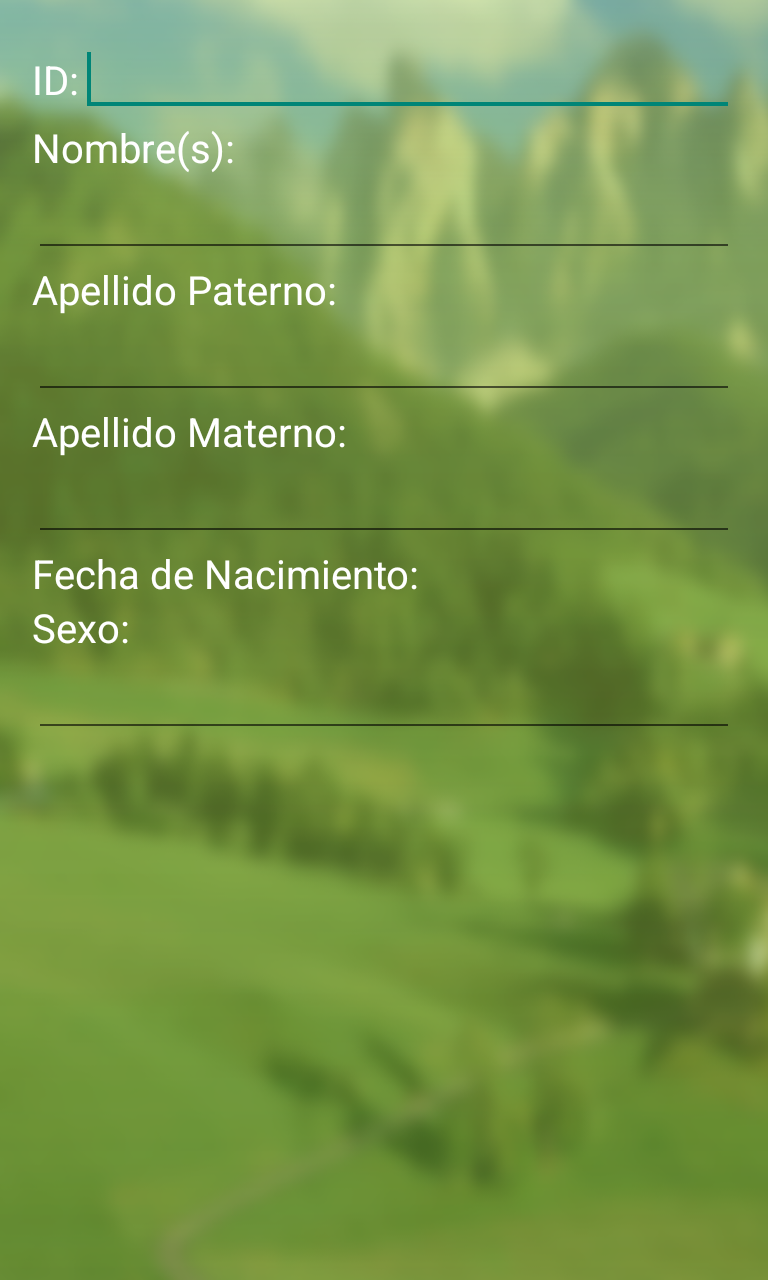
Repository: AntonioloNeviani/ProyectoDeInvestigacion_Android
Layout: FiliiStude/res/layout/activity_nuevo_usuario.xml
An editor plug-in stored every save of this project. The layout is shown before and after the next save, followed by the edit.
It is drawn on a 768 x 1280 px phone screen (xhdpi) without system bars, with theme AppTheme; the app's code is not run.

Above is the layout before, as saved 2015-05-26 08:27:05.

### FiliiStude/res/layout/activity_nuevo_usuario.xml
<RelativeLayout xmlns:android="http://schemas.android.com/apk/res/android"
    xmlns:tools="http://schemas.android.com/tools"
    android:layout_width="match_parent"
    android:layout_height="match_parent"
    android:background="@drawable/fondo4"
    android:paddingBottom="@dimen/activity_vertical_margin"
    android:paddingLeft="@dimen/activity_horizontal_margin"
    android:paddingRight="@dimen/activity_horizontal_margin"
    android:paddingTop="@dimen/activity_vertical_margin"
    tools:context="com.filii.filiistude.NuevoUsuario" >

    <LinearLayout
        android:layout_width="wrap_content"
        android:layout_height="wrap_content"
        android:layout_alignParentLeft="true"
        android:layout_alignParentRight="true"
        android:orientation="vertical" >

        <LinearLayout
            android:layout_width="match_parent"
            android:layout_height="wrap_content" >

            <TextView
                android:id="@+id/textView2"
                android:layout_width="wrap_content"
                android:layout_height="wrap_content"
                android:text="ID:"
                android:textColor="#FFFFFF"
                android:textSize="20sp" />

            <EditText
                android:id="@+id/editText1"
                android:layout_width="wrap_content"
                android:layout_height="wrap_content"
                android:layout_weight="1"
                android:inputType="number"
                android:textColor="#FFFFFF"
                android:textSize="20sp" >

                <requestFocus />
            </EditText>
        </LinearLayout>

        <TextView
            android:id="@+id/textView1"
            android:layout_width="wrap_content"
            android:layout_height="wrap_content"
            android:text="Nombre(s): "
            android:textColor="#FFFFFF"
            android:textSize="20sp" />

        <EditText
            android:id="@+id/editText2"
            android:layout_width="match_parent"
            android:layout_height="wrap_content"
            android:ems="10"
            android:inputType="textPersonName"
            android:textColor="#FFFFFF"
            android:textSize="20sp" />

        <TextView
            android:id="@+id/textView3"
            android:layout_width="wrap_content"
            android:layout_height="wrap_content"
            android:text="Apellido Paterno: "
            android:textColor="#FFFFFF"
            android:textSize="20sp" />

        <EditText
            android:id="@+id/editText3"
            android:layout_width="match_parent"
            android:layout_height="wrap_content"
            android:ems="10"
            android:inputType="textPersonName"
            android:textColor="#FFFFFF"
            android:textSize="20sp" />

        <TextView
            android:id="@+id/textView4"
            android:layout_width="wrap_content"
            android:layout_height="wrap_content"
            android:text="Apellido Materno: "
            android:textColor="#FFFFFF"
            android:textSize="20sp" />

        <EditText
            android:id="@+id/editText4"
            android:layout_width="match_parent"
            android:layout_height="wrap_content"
            android:ems="10"
            android:inputType="textPersonName"
            android:textColor="#FFFFFF"
            android:textSize="20sp" />

        <TextView
            android:id="@+id/textView6"
            android:layout_width="wrap_content"
            android:layout_height="wrap_content"
            android:text="Fecha de Nacimiento: "
            android:textColor="#FFFFFF"
            android:textSize="20sp" />

        <TextView
            android:id="@+id/textView5"
            android:layout_width="wrap_content"
            android:layout_height="wrap_content"
            android:text="Sexo: "
            android:textColor="#FFFFFF"
            android:textSize="20sp" />

        <EditText
            android:id="@+id/editText5"
            android:layout_width="match_parent"
            android:layout_height="wrap_content"
            android:ems="10"
            android:inputType="textPersonName"
            android:textColor="#FFFFFF"
            android:textSize="20sp" />
    </LinearLayout>

</RelativeLayout>

Loaded but not shown: FiliiStude/res/values/styles.xml (common file); FiliiStude/res/values-v11/styles.xml (common file); FiliiStude/res/values-v14/styles.xml (common file); FiliiStude/res/values/dimens.xml (common file); FiliiStude/res/values-w820dp/dimens.xml (common file)

After the next save:
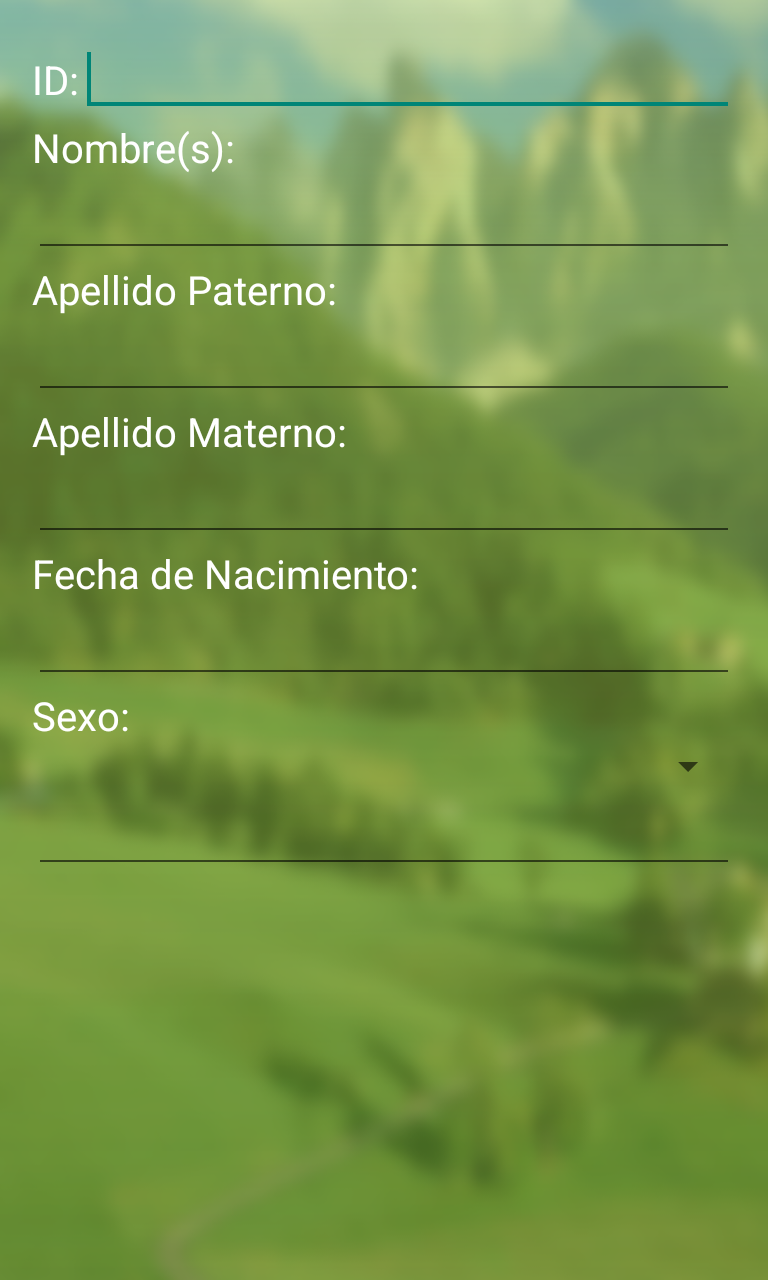
Saved 3 min 26 s later.
--- a/FiliiStude/res/layout/activity_nuevo_usuario.xml
+++ b/FiliiStude/res/layout/activity_nuevo_usuario.xml
@@ -93,23 +93,37 @@
             android:textSize="20sp" />
 
         <TextView
-            android:id="@+id/textView6"
+            android:id="@+id/textView5"
             android:layout_width="wrap_content"
             android:layout_height="wrap_content"
             android:text="Fecha de Nacimiento: "
             android:textColor="#FFFFFF"
             android:textSize="20sp" />
 
+        <EditText
+            android:id="@+id/editText5"
+            android:layout_width="match_parent"
+            android:layout_height="wrap_content"
+            android:ems="10"
+            android:inputType="date"
+            android:textColor="#FFFFFF"
+            android:textSize="20sp" />
+
         <TextView
-            android:id="@+id/textView5"
+            android:id="@+id/textView6"
             android:layout_width="wrap_content"
             android:layout_height="wrap_content"
             android:text="Sexo: "
             android:textColor="#FFFFFF"
             android:textSize="20sp" />
 
+        <Spinner
+            android:id="@+id/spinner1"
+            android:layout_width="match_parent"
+            android:layout_height="wrap_content" />
+
         <EditText
-            android:id="@+id/editText5"
+            android:id="@+id/editText6"
             android:layout_width="match_parent"
             android:layout_height="wrap_content"
             android:ems="10"
